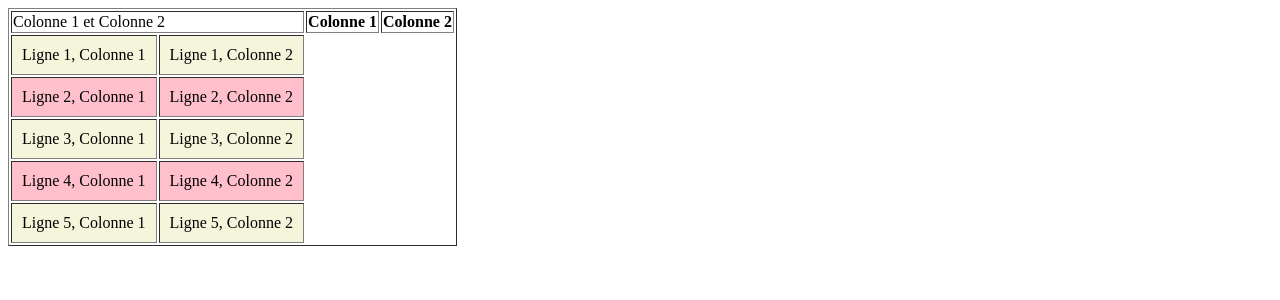
Repository: Chaimaa482/web-tp4
Page: ex1.html
These files come from the project's save history. The page is drawn as it stood at one moment and after the next save; the edit follows.
The browser window is 1280 px wide. The pictures show the whole page.

Above is the page before, as saved 2023-10-22 15:42:46.

After the next save:
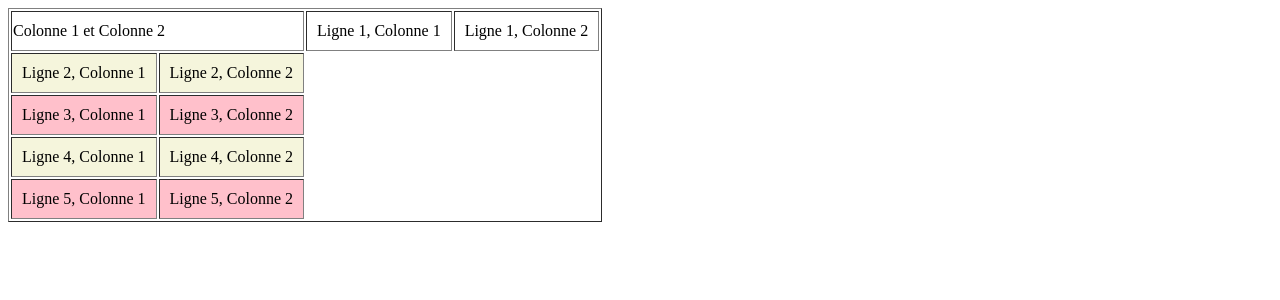
Saved 15 s later.
--- a/ex1.html
+++ b/ex1.html
@@ -4,10 +4,7 @@
 </head>
 <body>
     <table id="myTable" border="1">
-        <tr>
-            <th>Colonne 1</th>
-            <th>Colonne 2</th>
-        </tr>
+
         <tr>
             <td>Ligne 1, Colonne 1</td>
             <td>Ligne 1, Colonne 2</td>

After the save that followed:
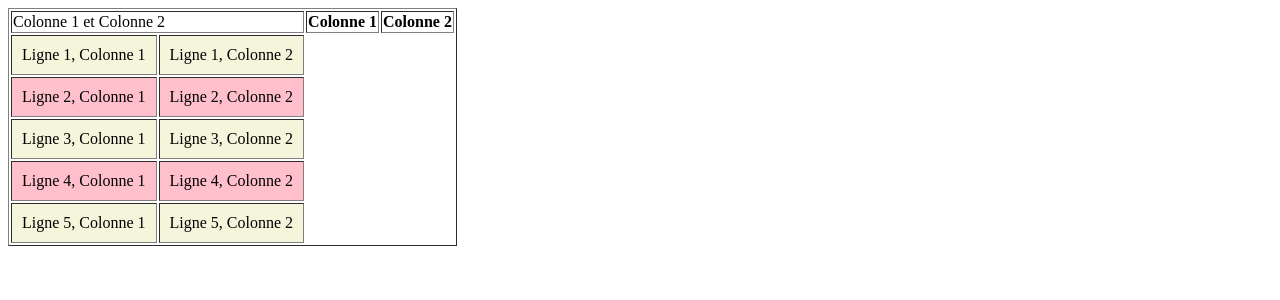
Saved 4 s later.
--- a/ex1.html
+++ b/ex1.html
@@ -4,7 +4,10 @@
 </head>
 <body>
     <table id="myTable" border="1">
-
+        <tr>
+            <th>Colonne 1</th>
+            <th>Colonne 2</th>
+        </tr>
         <tr>
             <td>Ligne 1, Colonne 1</td>
             <td>Ligne 1, Colonne 2</td>
